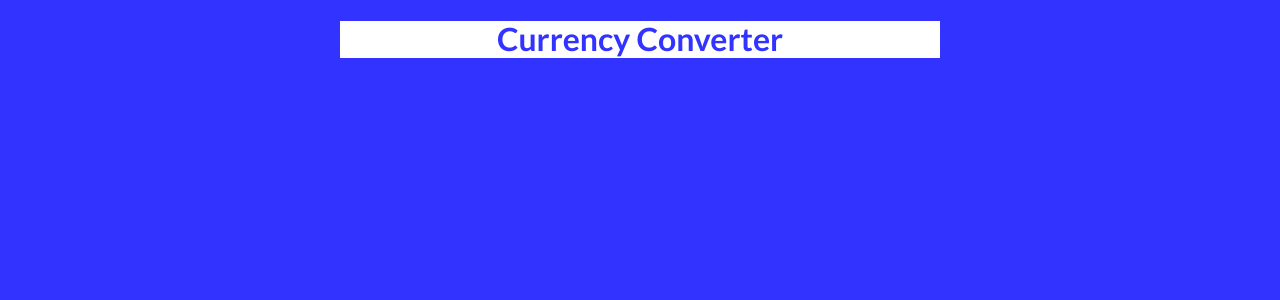
Repository: kkasperczyk/currency-converter
Page: index.html
An editor plug-in stored every save of this project. The page is shown before and after the next save, followed by the edit.
The browser window is 1280 px wide. The pictures show the whole page.

Above is the page before, as saved 2020-06-15 21:56:50.

### index.html
<!DOCTYPE html>
<html lang="en">

<head>
    <meta charset="UTF-8">
    <meta name="viewport" content="width=device-width, initial-scale=1.0">
    <link rel="stylesheet" href="https://cdnjs.cloudflare.com/ajax/libs/normalize/8.0.1/normalize.min.css"
        integrity="sha256-l85OmPOjvil/SOvVt3HnSSjzF1TUMyT9eV0c2BzEGzU=" crossorigin="anonymous" />
    <link rel="stylesheet" href="css/global.css">
    <link rel="stylesheet" href="css/container.css">
    <link rel="stylesheet" href="css/header.css">
    <script defer src="js/script.js"></script>
    <link href="https://fonts.googleapis.com/css2?family=Lato:ital,wght@0,400;0,700;1,400&display=swap" rel="stylesheet">
    <title>Currency Converter</title>
</head>

<body>
    <div class="container">
        <header class="header">
            <h1 class="header__title">Currency Converter</h1>
        </header>
    </div>
</body>

</html>

### css/global.css
html {
  box-sizing: border-box;
}

*,
::after,
::before {
  box-sizing: inherit;
}

body {
  font-family: "Lato", sans-serif;
  background-color: hsl(240, 100%, 60%);
}

### css/container.css
.container {
    max-width: 600px;
    margin: 0 auto;
    background-color: white;
}

### css/header.css
.header {
    text-align: center;
}

.header__title {
    color: hsl(240, 100%, 60%);
}

### js/script.js
console.log("Hi all developers! Nice to see you here.");

After the next save:
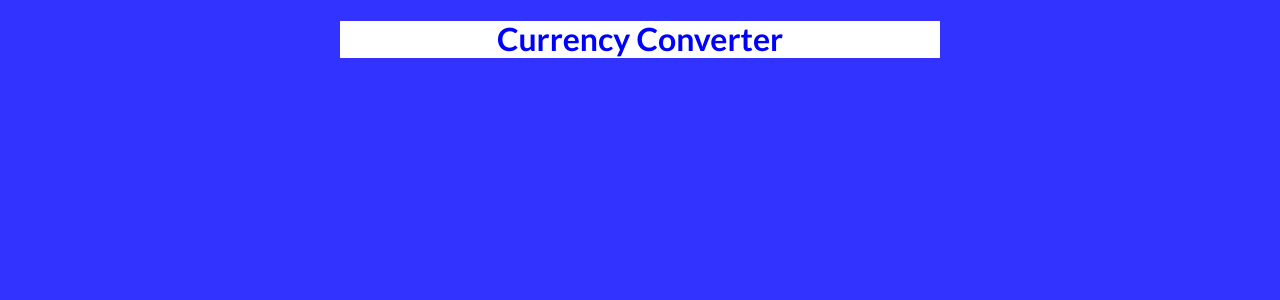
Saved 18 s later.
--- a/css/header.css
+++ b/css/header.css
@@ -3,5 +3,5 @@
 }
 
 .header__title {
-    color: hsl(240, 100%, 60%);
+    color: hsl(240, 100%, 50%);
 }
